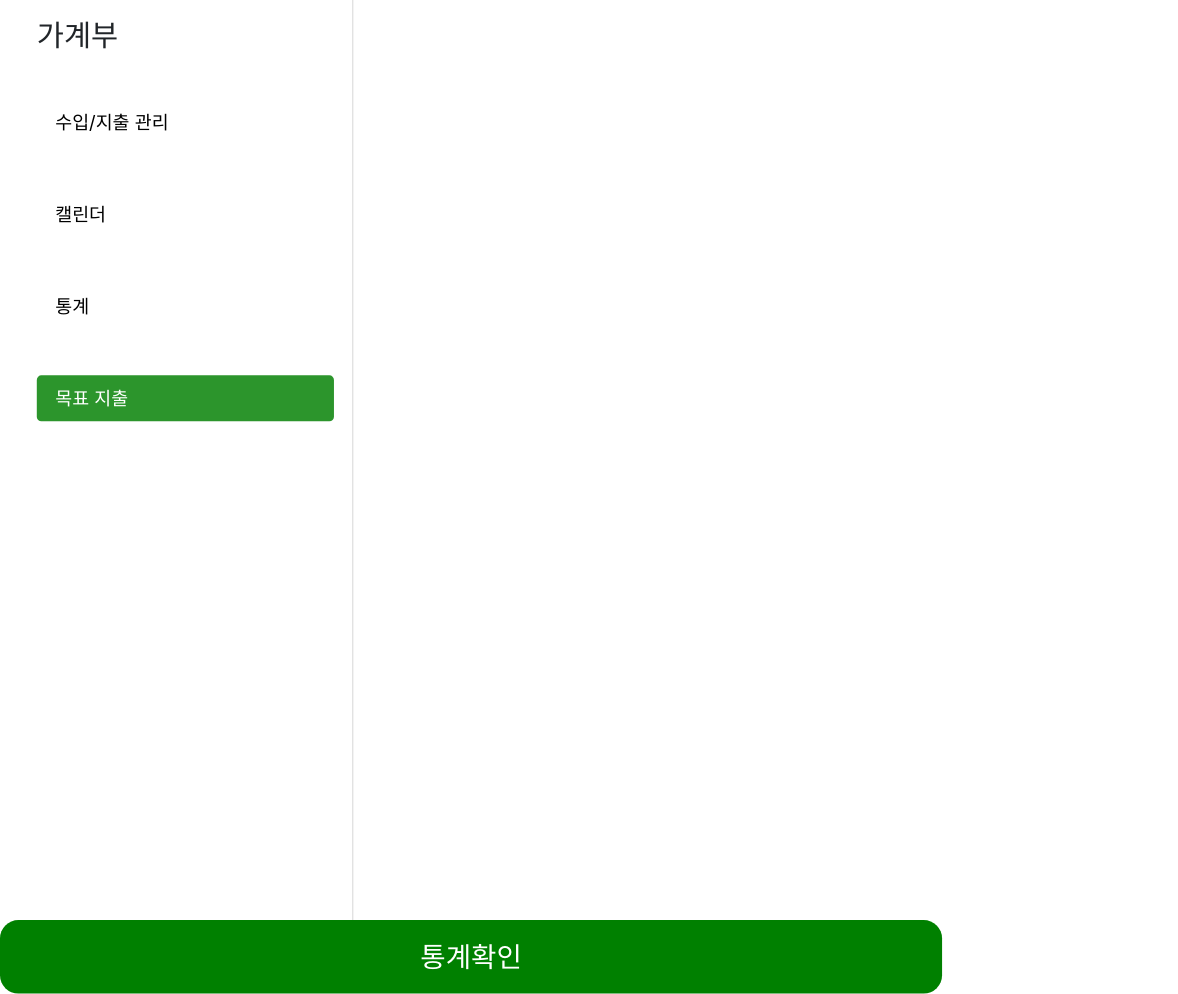
Repository: Hugh-KR/AccountBook
Page: http://localhost/Account_Book/calendar.jsp
An editor plug-in stored every save of this project. The page is shown before and after the next save, followed by the edit.
The browser window is 1280 px wide. The pictures show the whole page, at 92% of full size.
Some icons come from a web library that is not loaded, so they are not drawn. The page is served by Tomcat 9. Nobody is signed in. The application's start-up code is not run.

Above is the page before, as saved 2022-12-10 12:33:28.

After the next save:
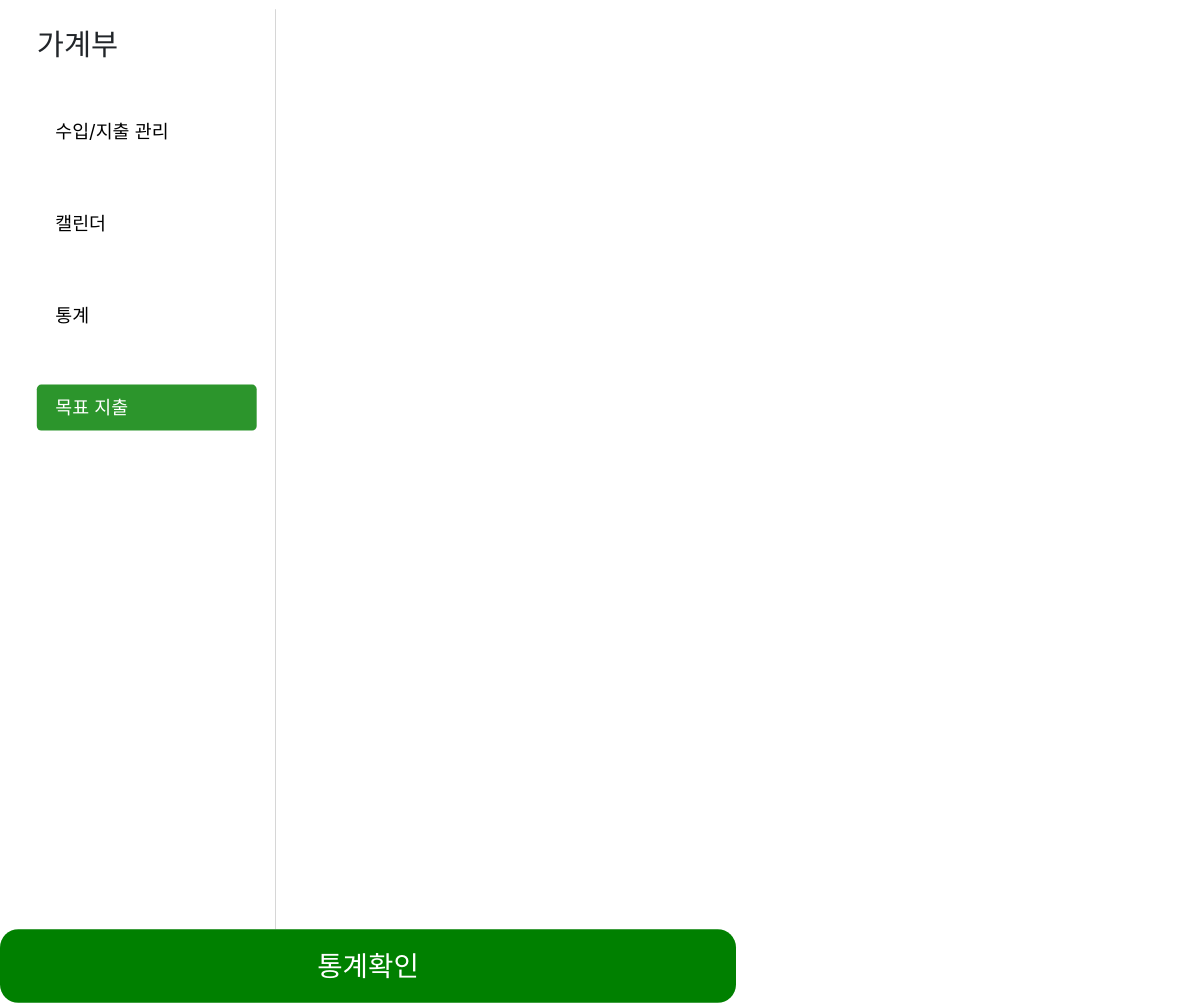
Saved 32 s later.
--- a/Account_Book/src/main/webapp/calendar.jsp
+++ b/Account_Book/src/main/webapp/calendar.jsp
@@ -45,6 +45,7 @@
 </script>
 </head>
 <body>
+<div class="total">
 <div class="menu">
 			<h2 style="margin-left: 30px; margin-top: 20px;">
 				<i class="fi fi-rr-money-check-edit"></i>가계부
@@ -65,6 +66,6 @@
 <button style="border: 0; background-color: green; color: white; border-radius: 20px; font-size: 30px; width: 80%; height: 80px">통계확인</button>
 </form>
 <!-- </div> -->
-
+</div>
 </body>
 </html>
